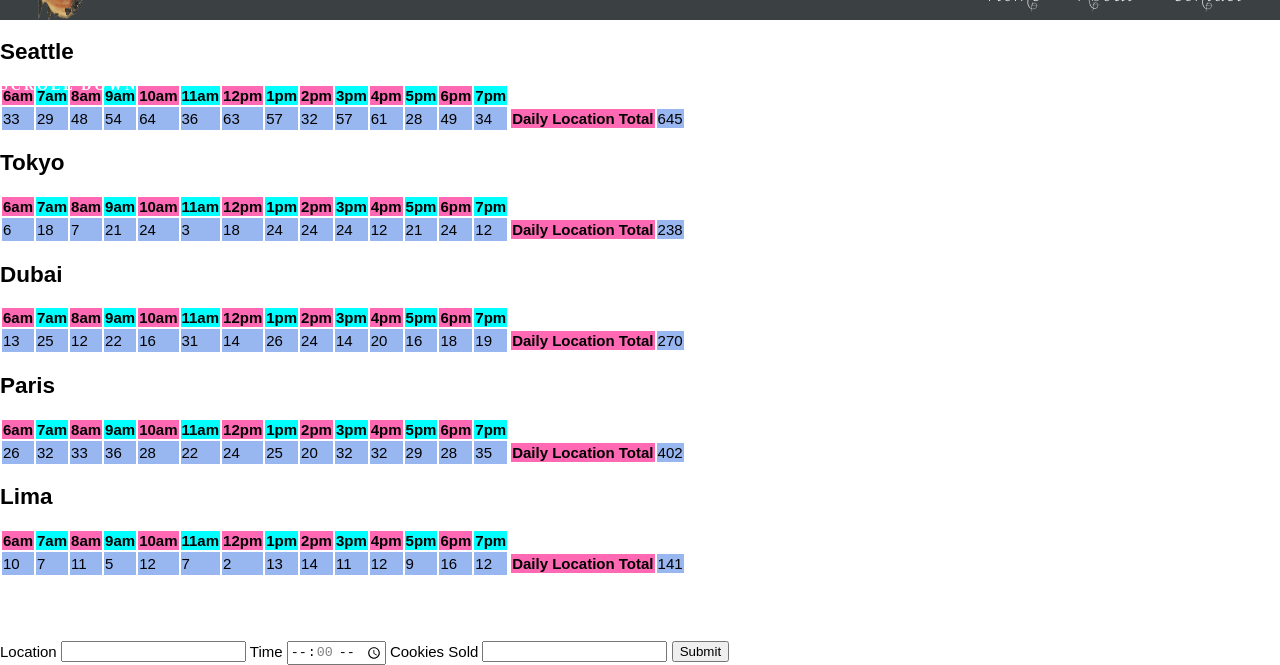
Repository: aaron1986/cookie_stand
Page: index.html
An editor plug-in stored every save of this project. The page is shown before and after the next save, followed by the edit.
The browser window is 1280 px wide. The pictures show the part of the page from y = 583 to 1248 px (the page is 1248 px tall before and 1245 px after).
A picture or video elsewhere on the page could not be fetched, so the positions and the page height are approximate.

Above is the page before, as saved 2023-09-28 12:48:14.

### index.html
<!DOCTYPE html>
<html lang="en">
<head>
    <meta charset="UTF-8">
    <meta name="viewport" content="width=device-width, initial-scale=1.0">
    <link rel="stylesheet" href="./style.css">
    <script src="./app.js" defer></script>
    <title>Document</title>
</head>
<body>
    <header>
        <video autoplay muted loop>
            <source src="./vid/salmon.mp4">
        </video>

     <!-- heading text -->
     <div class="container">
        <div class="hero-text">
            <h1>Experience <br>Salmon <br>Cookies</h1>
                <a class="scroll-down">Scroll Down</a>
         </div> <!-- end of hero-text -->
     </div> <!-- end of container -->

    </header>

    <main>


        <nav>
            <img src="./img/salmon.png">
            <ul>

                <li><a href="#">Home</a></li>
                <li><a href="#">About</a></li>
                <li><a href="#">Contact</a></li>
            </ul>
         </nav>

         <!-- form to insert data into table -->

         <div id="shop-location">


         </div>

         <div class="container">
        <form>
            <label>Location</label>
            <input name="location">

            <label>Time</label>
            <input type="time" step="3600" name="hourTime">

            <label>Cookies Sold</label>
            <input name="cookies-sold">


            <button>Submit</button>
         </form>
         </div>



    </main>

    <footer>

    </footer>
</body>
</html>

### style.css
th:nth-child(even) {
    background-color: aqua;
}

th:nth-child(odd) {
    background-color: hotpink;
}

td {
    background-color: rgb(152, 183, 240);
}


html, body {
    display: block;
    width: 100%;
    height:100%;
    margin: 0;
    padding: 0;
    background: transparent;
    font-size: 15px;
    font-family: "itc-avant-garde-gothic-pro", sans-serif;
}

.container {
    margin-top:5%;
}

video {
    margin-top: -6%;
    left: 0;
    width: 100%;
    height: 100%;
    background-color: rgba(0,0,0,.3);
    z-index: 1;
  }



/* start of hero text */

.hero-text {
    width: 100%;
  margin-top:-25%;
}


h1 {
    font-family: "heading-text";
    font-weight: 400;
  font-style: normal;
  font-size: 90px;
  color: #fff;
  text-indent: -16px;
    line-height: 78px;
    margin-bottom: 19px;
    text-align: center;
    justify-content: center;

}

@font-face {
    font-family: 'heading-text';
    src: url('./fonts/GarineldoNo02.otf');
}

.scroll-down {
    font: 700 14px/22px "Montserrat",serif;
  color: #fff;
  text-transform: uppercase;
  letter-spacing: 3px;
  bottom: 40px;
  z-index: 2;
  text-align: center;
  position: absolute;
}

/* end of hero text */


/* start of navigation */
nav {
    background-color: #3B4043;
    height:55px;
    margin-top: -15px;
}
ul {
   display: flex;
   justify-content: flex-end;
}
li {
    display: inline;
    margin-right: 3%;
    margin-top: -5%;
    font-family: "heading-text";
    font-size: 32px;
}

li a {
    color: #fff;
    text-decoration: none;
    list-style: none;
}

a:hover {
    transition: opacity .55s .2s,top .55s;
  opacity: .55;
  top: -10px;
  color: #d3b298;
  border-top: 2px solid #d3b298;
}

img {
    width: 45px;
    height:55px;
    margin-left:3%;
}

img:hover {
	-webkit-filter: grayscale(100%) blur(3px);
	filter: grayscale(100%) blur(3px);
}

### app.js
const Hours = ['6am', '7am', '8am', '9am', '10am', '11am', '12pm', '1pm', '2pm', '3pm', '4pm', '5pm', '6pm', '7pm'];

function randonNumber(min, max) {
    return Math.floor(Math.random() * (max - min + 1)) + min;
}

function ShopLocation(location, min, max, avg) {
    this.location = location;
    this.min = min;
    this.max = max;
    this.avg = avg;
    this.customersPerHour = [];
    this.cookiesPerHour = [];
    this.totalSold = 0;


    this.calcTotal = function() {
        for(let i = 0; i < Hours.length; i++) {
            const randNum = randonNumber(this.min, this.max);
                this.customersPerHour.push(randNum);
                this.cookiesPerHour.push(randNum * this.avg);
        }
    };

}

const shopLocationSeattle = new ShopLocation ("Seattle", 23, 65, 6.3);

const shopLocationTokyo = new ShopLocation("Tokyo", 3, 24, 1.2);

const shopLocationDubai = new ShopLocation("Dubai",11,38,3.7);

const shopLocationParis = new ShopLocation("Paris",20,38,2.3);

const shopLocationLima = new ShopLocation("Lima",2,16,4,6);

shopLocationSeattle.calcTotal();
shopLocationTokyo.calcTotal();
shopLocationDubai.calcTotal();
shopLocationParis.calcTotal();
shopLocationLima.calcTotal();


const shopLocationHtml = document.getElementById("shop-location");

function createShopLocation(locationData) {
    const article = document.createElement("article");

    //Headers
    const h2 = document.createElement("h2");
    h2.textContent = locationData.location;
    article.appendChild(h2);


    //Table information
    const table = document.createElement("table");

    const thead = document.createElement("thead");
    const headerRow = document.createElement("tr");

    // Loop through the hours and create table headers
    for (let i = 0; i < locationData.customersPerHour.length; i++) {
        const th = document.createElement("th");
        th.textContent = `${Hours[i]}`;
        headerRow.appendChild(th);
    }

    thead.appendChild(headerRow);
    table.appendChild(thead);

    const tbody = document.createElement("tbody");
    const dataRow = document.createElement("tr");

    // Loop through the customersPerHour
    for (let i = 0; i < locationData.customersPerHour.length; i++) {
        const td = document.createElement("td");
        td.textContent = `${locationData.customersPerHour[i]}`;
        dataRow.appendChild(td);
    }



    tbody.appendChild(dataRow);
        // Calculate the daily total for each hour
        const totalRow = document.createElement("tr");
        const totalCell = document.createElement("th");
        totalCell.textContent = "Daily Location Total";
        totalRow.appendChild(totalCell);


        let dailyTotal = 0;
        for(let i = 0; i < locationData.customersPerHour.length; i++) {
            dailyTotal += locationData.customersPerHour[i];
        }

        const td = document.createElement("td");
        td.textContent = `${dailyTotal}`;
        totalRow.appendChild(td);
        //console.log(dailytotal);





    dataRow.appendChild(totalRow);
    table.appendChild(tbody);
    article.appendChild(table);
    shopLocationHtml.appendChild(article);
}

createShopLocation(shopLocationSeattle);
createShopLocation(shopLocationTokyo);
createShopLocation(shopLocationDubai);
createShopLocation(shopLocationParis);
createShopLocation(shopLocationLima);

After the next save:
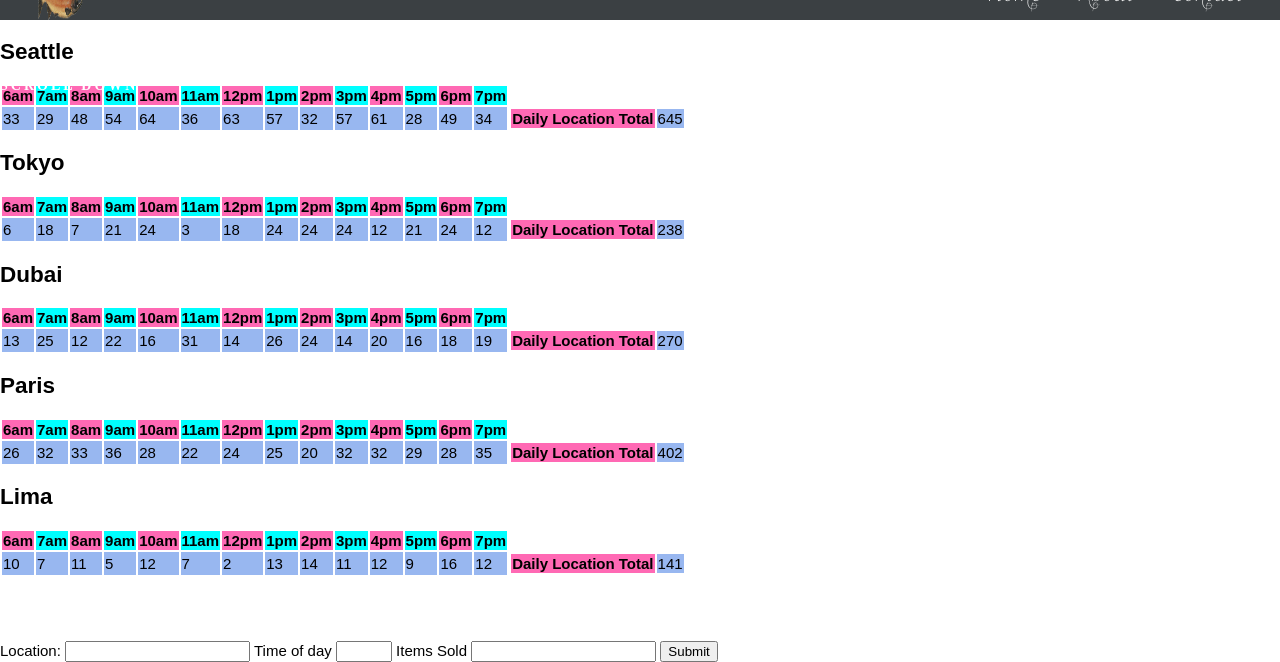
Saved 11 min 6 s later.
--- a/index.html
+++ b/index.html
@@ -45,18 +45,22 @@
 
          <div class="container">
         <form>
-            <label>Location</label>
-            <input name="location">
+            <label for="location">Location: </label>
+            <input type="text" id="location" name="location">
 
-            <label>Time</label>
-            <input type="time" step="3600" name="hourTime">
+            <label for="hour">Time of day</label>
+            <input type="number" id="hour" name="hour" min="6" max="19">
 
-            <label>Cookies Sold</label>
-            <input name="cookies-sold">
-
+            <label for="itemSold">Items Sold</label>
+            <input type="number" id="itemSold" name="itemSold" min="0">
 
             <button>Submit</button>
+
          </form>
+
+         <div id="output">
+
+         </div>
          </div>
 
 
